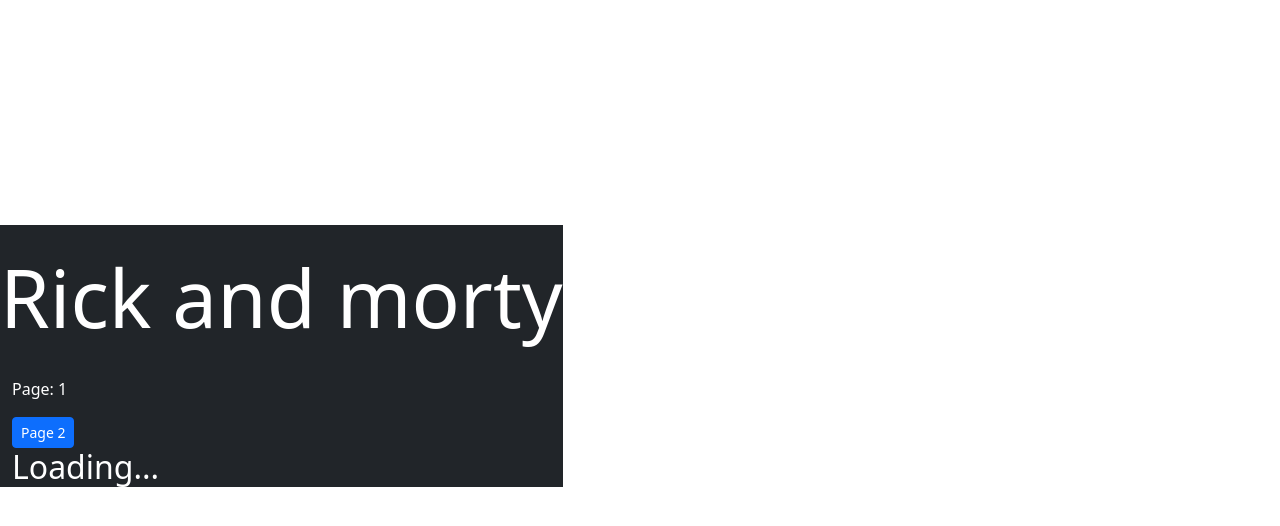
Repository: Ellisvelandia/react-rick-and-morty
Page: /
The author's editor kept a copy of each file at every save. The page is drawn from the files as they stood at one save, then again after the next save.
The browser window is 1280 px wide. The pictures show the whole page.
The page's requests for data from a server got no answer. The project was rebuilt for these pictures with package versions that can differ from the ones it lists, and the page was loaded fresh each time. No one was signed in, and anything a server would have sent is missing. Also part of the build but not shown: vite.config.js, src/components/Character.jsx.

Above is the page before, as saved 2022-09-08 17:13:13.

After the next save:
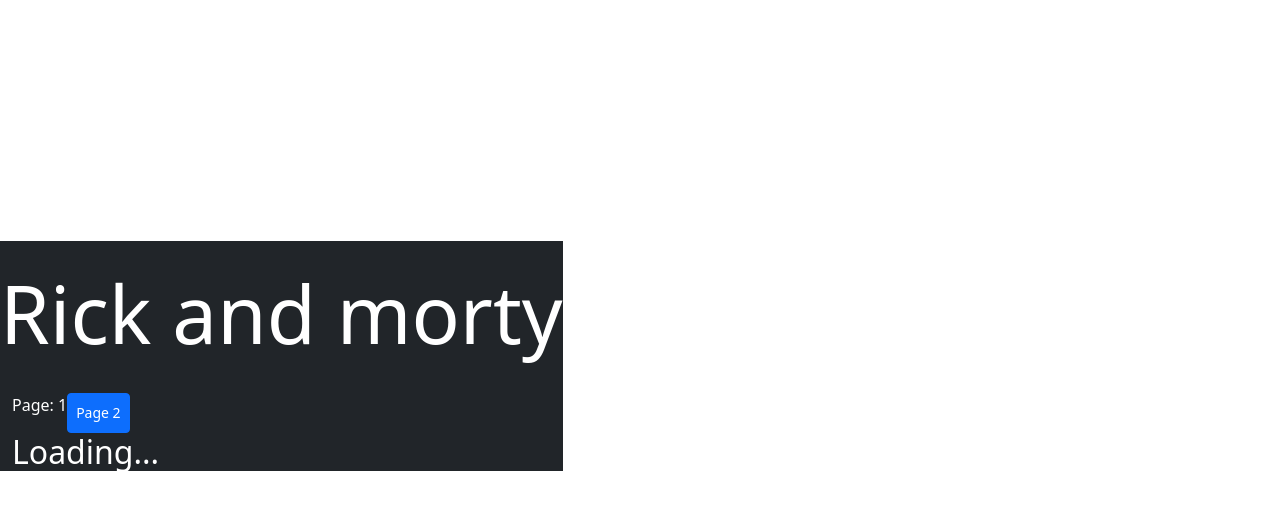
Saved 8 s later.
--- a/src/components/CharacterList.jsx
+++ b/src/components/CharacterList.jsx
@@ -3,7 +3,7 @@
 
 function NavPage() {
   return (
-    <header class>
+    <header className="d-flex jus">
       <p>Page: 1</p>
       <button className="btn btn-primary btn-sm">Page 2</button>
     </header>
